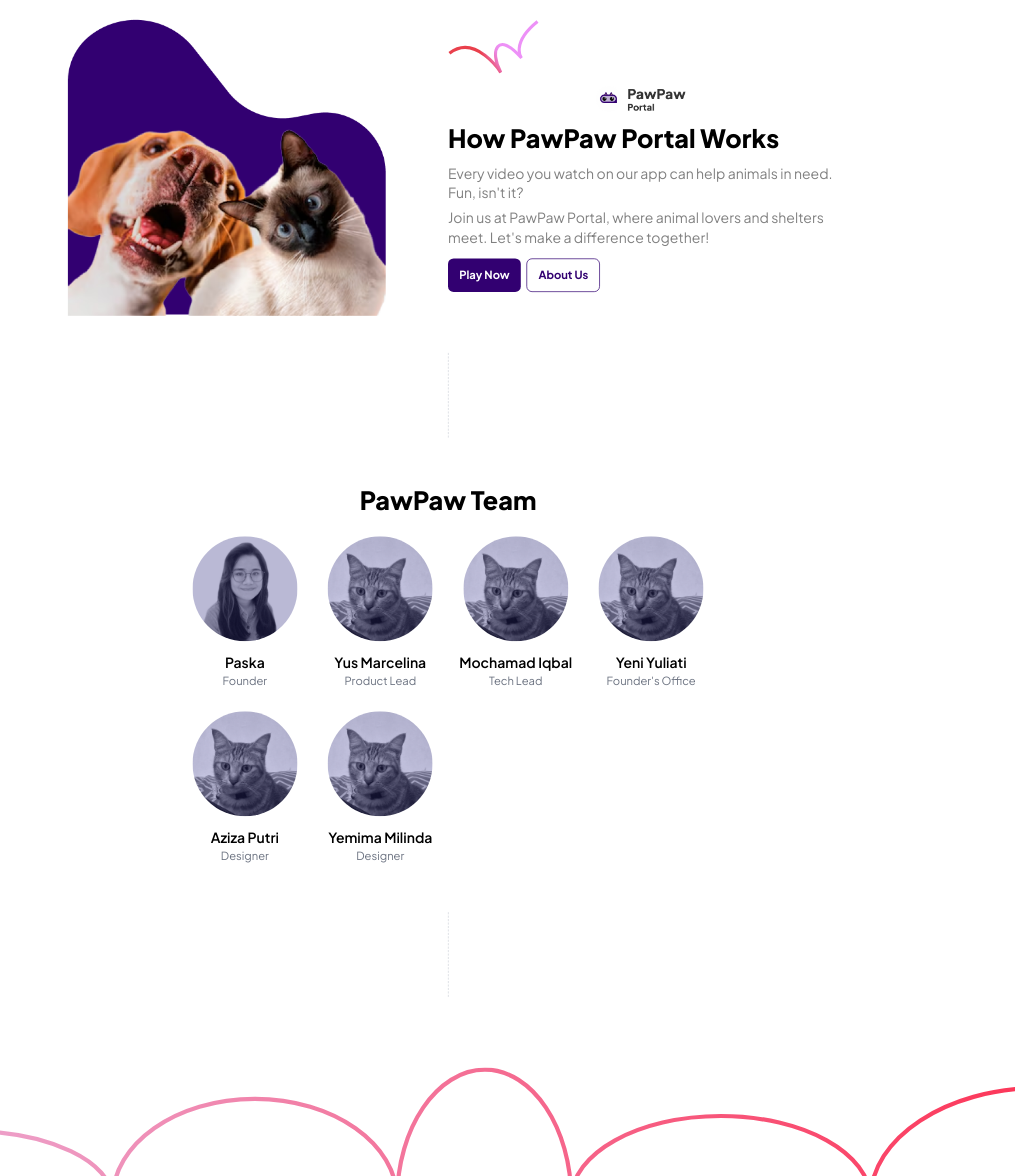
Repository: paskasiregar/pawpawwebsite
Page: /
An editor plug-in stored every save of this project. The page is shown before and after the next save, followed by the edit.
The browser window is 1280 px wide. The page is 1450 px wide, so the pictures cover 1450 px, including what lies to the right of the window. The pictures show the part of the page from y = 1073 to 2753 px (the page is 3992 px tall), at 70% of full size.
The project was rebuilt for these pictures with package versions that can differ from the ones it lists, and the page was loaded fresh each time. The framework's server and built-in components were replaced by stand-ins that run in the browser. Also part of the build but not shown: next.config.js, next.config.mjs.

Above is the page before, as saved 2024-09-06 11:35:58.

### src/app/layout.js
import { Inter } from "next/font/google";
import "./globals.css";

const inter = Inter({ subsets: ["latin"] });

export const metadata = {
  title: "PawPaw Portal | Your One-Stop Shelter",
  description: "Your One-Stop Shelter",
};

export default function RootLayout({ children }) {
  return (
    <html lang="en">
      <meta
        name="google-adsense-account"
        content="ca-pub-4770655134097556"
      ></meta>
      <body className={inter.className}>{children}</body>
    </html>
  );
}

### src/app/page.js
import { Contact } from "@/components/contact";
import { Divider } from "@/components/divider";
import { Footer } from "@/components/footer";
import { Header } from "@/components/header";
import CTA from "@/components/CTA";
import Hero from "@/components/hero";
import PrimaryButton from "@/components/primaryButton";
import SecButton from "@/components/secButton";
import Image from "next/image";
import bannerImage from "../assets/banner.png";
import logoHeaderImage from "../assets/banner-10.png";
import Link from "next/link";
import Head from "next/head";
import piupiu from "../assets/piupiu.png";
import paska from "../assets/paska.png";
import iqbal from "../assets/iqbal.png";

export default async function Home() {
  return (
    <div className="w-full font-plus-jakarta m-auto flex min-h-screen flex-col items-center justify-between">
      <Head>
        <script
          async
          src="https://pagead2.googlesyndication.com/pagead/js/adsbygoogle.js?client=ca-pub-4770655134097556"
          crossorigin="anonymous"
        ></script>
      </Head>
      <section className="w-full">
        <div className="centeredcontainer main-container">
          <Header />
        </div>
        <main className="main-container">
          <Hero />
          <Divider />
          <div className="self-stretch bg-white flex flex-col md:flex-row">
            <div className="flex-1 relative h-48 md:h-[489px] z-[0] flex items-center justify-center">
              <Image
                className="w-[80%] h-auto object-cover"
                alt="banner"
                src={bannerImage}
                width={200}
                height={200}
              />
            </div>

            {/* How it works */}
            <div
              id="how-it-works"
              className="flex-1 flex flex-col items-center md:items-start justify-center gap-4 z-[1] p-4 md:p-8"
            >
              <div className="space-y-4">
                <div className="flex justify-center md:justify-start">
                  <svg
                    width="130"
                    height="77"
                    viewBox="0 0 130 77"
                    fill="none"
                    xmlns="http://www.w3.org/2000/svg"
                  >
                    <path
                      d="M2.04016 48.038C39.1938 19.0059 75.4362 75.5193 75.4362 75.5193C58.6481 44.4597 70.5515 14.7701 105.05 54.8444C105.05 54.8444 88.8644 34.0647 127.885 2.52962"
                      stroke="url(#paint0_linear_545_35744)"
                      strokeWidth="4.42591"
                      strokeMiterlimit="10"
                      strokeLinejoin="bevel"
                    />
                    <defs>
                      <linearGradient
                        id="paint0_linear_545_35744"
                        x1="19.971"
                        y1="73.8863"
                        x2="126.116"
                        y2="-0.218346"
                        gradientUnits="userSpaceOnUse"
                      >
                        <stop offset="0.2868" stopColor="#E9404C" />
                        <stop offset="0.2967" stopColor="#EA475C" />
                        <stop offset="0.3252" stopColor="#EB5B85" />
                        <stop offset="0.3554" stopColor="#EB6CA8" />
                        <stop offset="0.3871" stopColor="#EC79C5" />
                        <stop offset="0.4209" stopColor="#EC84DB" />
                        <stop offset="0.4577" stopColor="#ED8BEB" />
                        <stop offset="0.4998" stopColor="#ED90F4" />
                        <stop offset="0.5589" stopColor="#ED91F7" />
                      </linearGradient>
                    </defs>
                  </svg>
                </div>
                <div className="hidden md:flex items-center justify-center">
                  <Image
                    className="w-36 h-10 object-cover"
                    alt="Logo"
                    src={logoHeaderImage}
                    width={120}
                    height={20}
                  />
                </div>
                <div className="flex flex-col items-center md:items-start">
                  <div className="relative font-extrabold text-2xl md:text-4xl text-center md:text-left">
                    How PawPaw Portal Works
                  </div>
                </div>
                <div className="self-stretch flex flex-col md:flex-row items-center md:items-start justify-start text-lg md:text-xl text-gray-500">
                  <div className="flex-1 flex flex-col items-center md:items-start justify-start">
                    <div className="self-stretch">
                      <p className="m-0 text-center md:text-left">
                        Every video you watch on our app can help animals in
                        need. Fun, isn&apos;t it?
                      </p>
                      <p className="m-2"></p>
                      <p className="m-0 text-center md:text-left">
                        Join us at PawPaw Portal, where animal lovers and
                        shelters meet. Let&apos;s make a difference together!
                      </p>
                    </div>
                  </div>
                </div>
                <div className="flex flex-col md:flex-row gap-2">
                  <PrimaryButton href="https://game.pawpawportal.com">
                    Play Now
                  </PrimaryButton>
                  <Link
                    href="#about-us"
                    className="flex flex-col md:flex-row gap-2"
                  >
                    <SecButton>About Us</SecButton>
                  </Link>
                </div>
              </div>
            </div>
          </div>

          {/* Team */}
          <Divider />
          <div className="self-stretch bg-white flex flex-col md:flex-row">
            <div
              id="team"
              className="flex-1 flex flex-col items-center md:items-center justify-center gap-4 z-[1] p-4 md:p-8"
            >
              <div className="space-y-4">
                <div className="flex flex-col items-center md:items-center">
                  <div className="relative font-extrabold text-2xl md:text-4xl text-center mb-8 items-center">
                    PawPaw Team
                  </div>
                  <div className="grid grid-cols-1 md:grid-cols-2 lg:grid-cols-4 gap-6 md:gap-8">
                    {/* Paska */}
                    <div className="flex flex-col items-center">
                      <Image
                        className="rounded-full"
                        alt="Paska"
                        src={paska}
                        width={150}
                        height={150}
                      />
                      <div className="text-xl font-semibold mt-4">Paska</div>
                      <div className="text-gray-500">Founder</div>
                    </div>

                    {/* Kak Yus */}
                    <div className="flex flex-col items-center">
                      <Image
                        className="rounded-full"
                        alt="Yus"
                        src={piupiu}
                        width={150}
                        height={150}
                      />
                      <div className="text-xl font-semibold mt-4">
                        Yus Marcelina
                      </div>
                      <div className="text-gray-500">Product Lead</div>
                    </div>

                    {/* Mas Iqbal */}
                    <div className="flex flex-col items-center">
                      <Image
                        className="rounded-full"
                        alt="Iqbal"
                        src={piupiu}
                        width={150}
                        height={150}
                      />
                      <div className="text-xl font-semibold mt-4">
                        Mochamad Iqbal
                      </div>
                      <div className="text-gray-500">Tech Lead</div>
                    </div>

                    {/* Julie */}
                    <div className="flex flex-col items-center">
                      <Image
                        className="rounded-full"
                        alt="Yeni Yuliati"
                        src={piupiu}
                        width={150}
                        height={150}
                      />
                      <div className="text-xl font-semibold mt-4">
                        Yeni Yuliati
                      </div>
                      <div className="text-gray-500">Founder's Office</div>
                    </div>

                    {/* Aziza */}
                    <div className="flex flex-col items-center">
                      <Image
                        className="rounded-full"
                        alt="Aziza Putri"
                        src={piupiu}
                        width={150}
                        height={150}
                      />
                      <div className="text-xl font-semibold mt-4">
                        Aziza Putri
                      </div>
                      <div className="text-gray-500">Designer</div>
                    </div>

                    {/* Yemima */}
                    <div className="flex flex-col items-center">
                      <Image
                        className="rounded-full"
                        alt="Yemima Milinda"
                        src={piupiu}
                        width={150}
                        height={150}
                      />
                      <div className="text-xl font-semibold mt-4">
                        Yemima Milinda
                      </div>
                      <div className="text-gray-500">Designer</div>
                    </div>
                  </div>
                </div>
              </div>
            </div>
          </div>

          <Divider />
          <Contact />
        </main>
        <div className="w-full">
          <div>
            <CTA />
          </div>
          <div id="about-us">
            <Footer />
          </div>
        </div>
      </section>
    </div>
  );
}

### src/app/globals.css
@import url("https://fonts.googleapis.com/css2?family=Plus+Jakarta+Sans:wght@400;600;700;800&display=swap");

@tailwind base;
@tailwind components;
@tailwind utilities;

body {
  font-family: "Plus Jakarta Sans", sans-serif;
}

p,
ul {
  color: gray;
  margin-bottom: 2px;
}

section {
  margin-bottom: 8px;
}

.hero-bg {
  display: flex;
  background: radial-gradient(circle,
      rgb(204, 188, 230) 10%,
      rgb(255, 255, 255) 50%);
}

.cta-container {
  display: flex;
  justify-content: center;
  align-items: center;
  position: relative;
  background: radial-gradient(circle, rgb(14, 4, 4) 0%, rgb(14, 1, 51) 100%);
  padding: 20px;
  gap: 20px;
  min-height: 200px;
}

.cta-button {
  display: inline-block;
  padding: 20px 40px;
  font-size: 24px;
  font-weight: bold;
  color: white;
  background: black;
  border-radius: 40px;
  position: relative;
  z-index: 1;
  overflow: hidden;
  transition: all 0.3s ease;
  text-align: center;
}

.cta-button::before {
  content: "";
  position: absolute;
  top: -2px;
  left: -2px;
  right: -2px;
  bottom: -2px;
  background: linear-gradient(90deg,
      rgb(255, 244, 97) 0%,
      rgb(187, 61, 255) 50%,
      rgb(142, 23, 23) 100%);
  z-index: -1;
  border-radius: inherit;
}

.cta-button::after {
  content: "";
  position: absolute;
  top: 2px;
  left: 2px;
  right: 2px;
  bottom: 2px;
  background: black;
  z-index: -1;
  border-radius: inherit;
}

.cta-button:hover {
  color: rgb(237, 246, 133);
  background: white;
}

.footer-bg {
  background: radial-gradient(circle, rgb(14, 4, 4) 0%, rgb(14, 1, 51) 100%);
  color: white;
  text-align: center;
  padding: 20px;
}

.centeredcontainer {
  width: 100vw;
  height: auto;
}

.main-container {
  width: 100%;
  max-width: 1200px;
  margin: 0 auto;
  padding: 0;
}

.header-content {
  display: flex;
  flex-direction: row;
  align-items: center;
  justify-content: space-between;
}

.header-logo-button {
  display: flex;
  flex-direction: row;
  align-items: center;
  gap: 16px;
  /* Adjust spacing as needed */
}

html {
  scroll-behavior: smooth;
}

### src/components/contact.jsx
import React from "react";
import PrimaryButton from "@/components/primaryButton";
import NameInput from "./nameInput";
import EmailInput from "./emailInput";
import MessageInput from "./mesageInput";
import Image from "next/image";
import logoHeaderImage from "../assets/banner-10.png";

export const Contact = () => {
  return (
    <div className="font-plus-jakarta flex flex-col items-center justify-center py-16 px-4 md:px-[200px] gap-[40px] text-29xl">
      <div className="flex justify-start items-start">
        <svg
          width="1620"
          height="188"
          viewBox="0 0 1620 188"
          fill="none"
          xmlns="http://www.w3.org/2000/svg"
        >
          <path
            d="M1891 188C1891 100.375 1784.67 29.342 1653.5 29.342C1522.34 29.342 1413.53 100.375 1413.53 188C1413.53 122.37 1317.84 69.158 1199.78 69.158C1081.72 69.158 986.029 122.362 986.029 188C986.029 85.8274 930.825 3 862.735 3C794.645 3 737.369 85.8274 737.369 188C737.369 108.853 646.33 44.6865 534.029 44.6865C421.728 44.6865 330.689 108.853 330.689 188C330.689 134.381 239.649 90.9105 127.349 90.9105C15.0481 90.9105 -76 134.381 -76 188"
            stroke="url(#paint0_linear_545_35799)"
            strokeWidth="6"
            strokeMiterlimit="10"
            strokeLinejoin="bevel"
          />
          <defs>
            <linearGradient
              id="paint0_linear_545_35799"
              x1="-84.5283"
              y1="91.1699"
              x2="1899.52"
              y2="91.1699"
              gradientUnits="userSpaceOnUse"
            >
              <stop offset="0.0224" stopColor="#EBADD7" />
              <stop offset="1" stopColor="#FF2445" />
            </linearGradient>
          </defs>
        </svg>
      </div>
      <Image
        className="w-36 h-10 object-cover"
        alt="Logo"
        src={logoHeaderImage}
        width={120}
        height={20}
      />
      <div className="text-4xl font-extrabold w-full">Contact Us</div>
      <form
        action="https://forms.office.com/Pages/ResponsePage.aspx?id=FYBQO9x7eUe5JQ3XgE-7JgfHRnXS951Jum6QCf1rDZlUOTFYM1gyVUNMUzAyRTlFRVlHNUo5UVVRSy4u"
        method="post"
        target="_blank"
        className="w-full"
      >
        <div className="w-full flex flex-col items-start gap-[16px] text-base text-light-l800 font-regular-reg-2">
          <div className="w-full flex flex-col md:flex-row gap-[20px]">
            <div className="w-full md:w-1/2">
              <label
                htmlFor="name"
                className="w-full block text-sm font-medium text-gray-700"
              ></label>
              <NameInput className="w-full" id="name" name="name" required />
            </div>
            <div className="w-full md:w-1/2">
              <label
                htmlFor="email"
                className="block text-sm font-medium text-gray-700"
              ></label>
              <EmailInput className="w-full" id="email" name="email" required />
            </div>
          </div>
          <div className="w-full">
            <label
              htmlFor="message"
              className="block text-sm font-medium text-gray-700"
            ></label>
            <MessageInput
              className="w-full"
              id="message"
              name="message"
              required
            />
          </div>
        </div>
        <div className="mt-4">
          <PrimaryButton type="submit">Send Now</PrimaryButton>
        </div>
      </form>
    </div>
  );
};

export default Contact;

### src/components/divider.jsx
export const Divider = () => {
  return (
    <div className="self-stretch h-[195px] flex flex-row items-center justify-center py-16 px-[130px] box-border">
      <div className="w-px relative box-border h-[121px] border-r-[1px] border-dashed border-gray-300" />
    </div>
  );
};

### src/components/header.jsx
import Link from "next/link";
import PrimaryButton from "@/components/primaryButton";
import React from "react";
import Image from "next/image";
import logoHeaderImage from "../assets/banner-10.png";

export const Header = () => {
  return (
    <div className="font-plus-jakarta w-full flex flex-col items-center justify-center text-left text-gray-500">
      <div className="self-stretch bg-white flex flex-col items-center justify-center text-sm">
        <div className="w-full header-content p-2.5 box-border">
          <Link href="/">
            {" "}
            {/* Homepage */}
            <Image
              className="w-36 h-10 object-cover"
              alt="Logo"
              src={logoHeaderImage}
              width={120}
              height={20}
            />
          </Link>
          <div className="hidden md:flex flex-row items-center justify-center gap-8">
            <div>
              <Link href="#how-it-works">How It Works</Link>
            </div>
            <div>
              <Link href="#about-us">About Us</Link>
            </div>
            <div>
              <Link href="/privacy">Privacy Policy</Link>
            </div>
          </div>
          <div className="header-logo-button">
            <PrimaryButton href="https://game.pawpawportal.com">
              Be Our Hero Today!
            </PrimaryButton>
          </div>
        </div>
      </div>
    </div>
  );
};

export default Header;

### src/components/CTA.jsx
import React from "react";
import Link from "next/link";

const CTA = () => {
  return (
    <div className="cta-container font-plus-jakarta p-4 md:p-8 flex flex-col md:flex-row items-center justify-center">
      <svg
        className="cta-decoration mb-4 md:mb-0 md:mr-4"
        width="48"
        height="46"
        viewBox="0 0 48 46"
        fill="none"
        xmlns="http://www.w3.org/2000/svg"
      >
        <path
          d="M2 46C2 27.296 29.551 30.0086 36.5736 34.5625C36.5736 34.5625 14.4611 2 47.5714 2"
          stroke="url(#cta_gradient)"
          strokeWidth="3.92857"
          strokeMiterlimit="10"
          strokeLinejoin="bevel"
        />
        <defs>
          <linearGradient
            id="cta_gradient"
            x1="37.3571"
            y1="2"
            x2="7.5"
            y2="46"
            gradientUnits="userSpaceOnUse"
          >
            <stop stopColor="#FF2445" />
            <stop offset="1" stopColor="#F5AB0E" />
          </linearGradient>
        </defs>
      </svg>
      <Link href="https://game.pawpawportal.com">
        <div className="cta-button text-center bg-gradient-to-r from-orange-500 to-pink-500 text-white font-bold py-2 px-4 rounded-lg shadow-lg cursor-pointer">
          Play Our Game Now
        </div>
      </Link>
    </div>
  );
};

export default CTA;

### src/components/primaryButton.jsx
import React from "react";

const PrimaryButton = ({ children, onClick }) => {
  return (
    <button
      className="self-stretch bg-inherit-320071 hover:bg-blue-700 text-white font-bold px-4 py-3 rounded-lg"
      onClick={onClick}
    >
      {children}
    </button>
  );
};

export default PrimaryButton;

### src/components/secButton.jsx
import React from "react";

const SecButton = ({ children, onClick }) => {
  return (
    <button
      className="bg-white border border-inherit-320071 text-inherit-320071 font-bold py-2 px-4 rounded-lg"
      onClick={onClick}
    >
      {children}
    </button>
  );
};

export default SecButton;

### src/components/nameInput.jsx
import React from "react";

const NameInput = ({ value, onChange }) => {
  return (
    <div className="mb-4">
      <label
        className="block text-gray-700 text-sm font-bold mb-2"
        htmlFor="name"
      >
        Name
      </label>
      <input
        id="name"
        type="text"
        value={value}
        onChange={onChange}
        className="shadow appearance-none border rounded w-full py-2 px-3 text-gray-700 leading-tight focus:outline-none focus:shadow-outline"
        placeholder="Your Name"
      />
    </div>
  );
};

export default NameInput;

### src/components/emailInput.jsx
import React from "react";

const EmailInput = ({ value, onChange }) => {
  return (
    <div className="mb-4">
      <label
        className="block text-gray-700 text-sm font-bold mb-2"
        htmlFor="email"
      >
        Email
      </label>
      <input
        id="email"
        type="email"
        value={value}
        onChange={onChange}
        className="shadow appearance-none border rounded w-full py-2 px-3 text-gray-700 leading-tight focus:outline-none focus:shadow-outline"
        placeholder="Your Email"
      />
    </div>
  );
};

export default EmailInput;

### src/components/mesageInput.jsx
import React from "react";

const MessageInput = ({ value, onChange }) => {
  return (
    <div className="mb-4">
      <label
        className="block text-gray-700 text-sm font-bold mb-2"
        htmlFor="message"
      >
        Message
      </label>
      <textarea
        id="message"
        value={value}
        onChange={onChange}
        className="shadow appearance-none border rounded w-full py-2 px-3 text-gray-700 leading-tight focus:outline-none focus:shadow-outline"
        placeholder="Your Message"
        rows="5"
      />
    </div>
  );
};

export default MessageInput;

Loaded but not shown: tailwind.config.js (24 lines, source omitted); src/components/hero.jsx (211 lines, source omitted); src/components/footer.jsx (175 lines, source omitted)

After the next save:
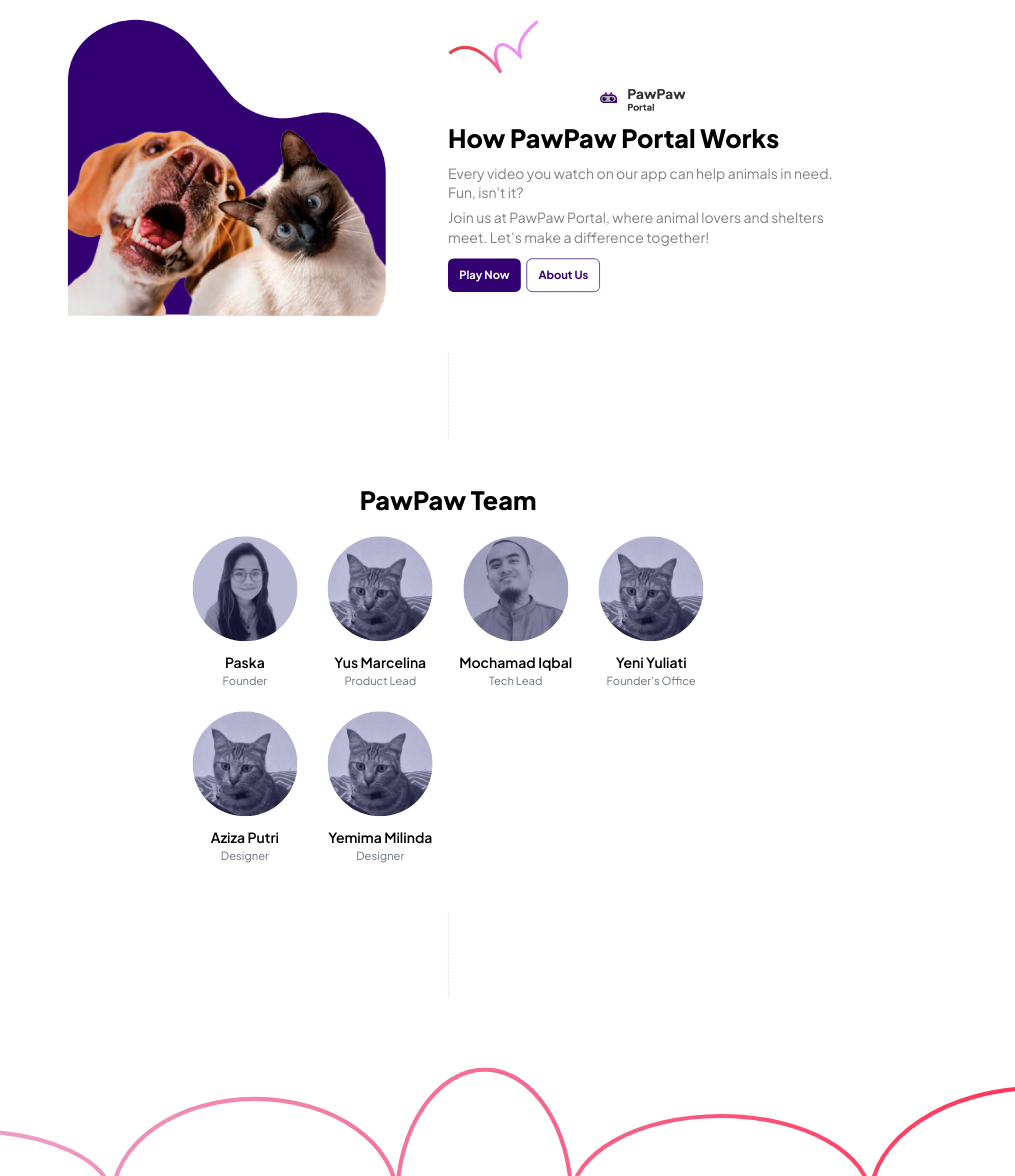
Saved 15 s later.
--- a/src/app/page.js
+++ b/src/app/page.js
@@ -176,7 +176,7 @@ export default async function Home() {
                       <Image
                         className="rounded-full"
                         alt="Iqbal"
-                        src={piupiu}
+                        src={iqbal}
                         width={150}
                         height={150}
                       />
